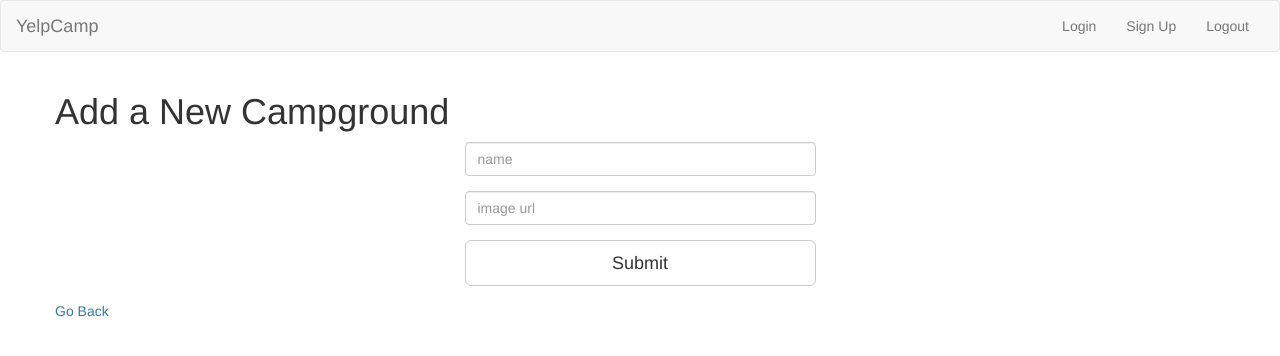
Repository: kristinamacekovic/webdevbootcamp2
Page: http://localhost/campgrounds/new
The author's editor kept a record of every edit. The page is drawn from the files as they stood at one moment, then again after the next edit.
The browser window is 1280 px wide. The pictures show the whole page.
The page is served by the project's Node server (YelpCamp/v1/app.js).

Above is the page before.

After the next edit:
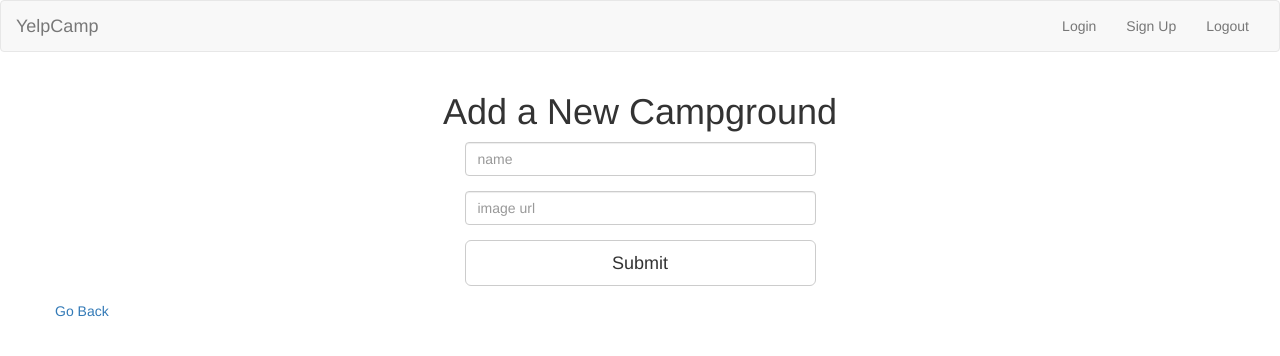
The edit:
--- a/YelpCamp/v1/views/new.ejs
+++ b/YelpCamp/v1/views/new.ejs
@@ -1,7 +1,7 @@
 <% include partials/header %>
 <div class="container">
     <div class="row">
-        <h1>Add a New Campground</h1>
+        <h1 style="text-align: center;">Add a New Campground</h1>
 <div style="width: 30%; margin: 0 auto;">
 <form action="/campgrounds" method="POST">
     <div class="form-group">
